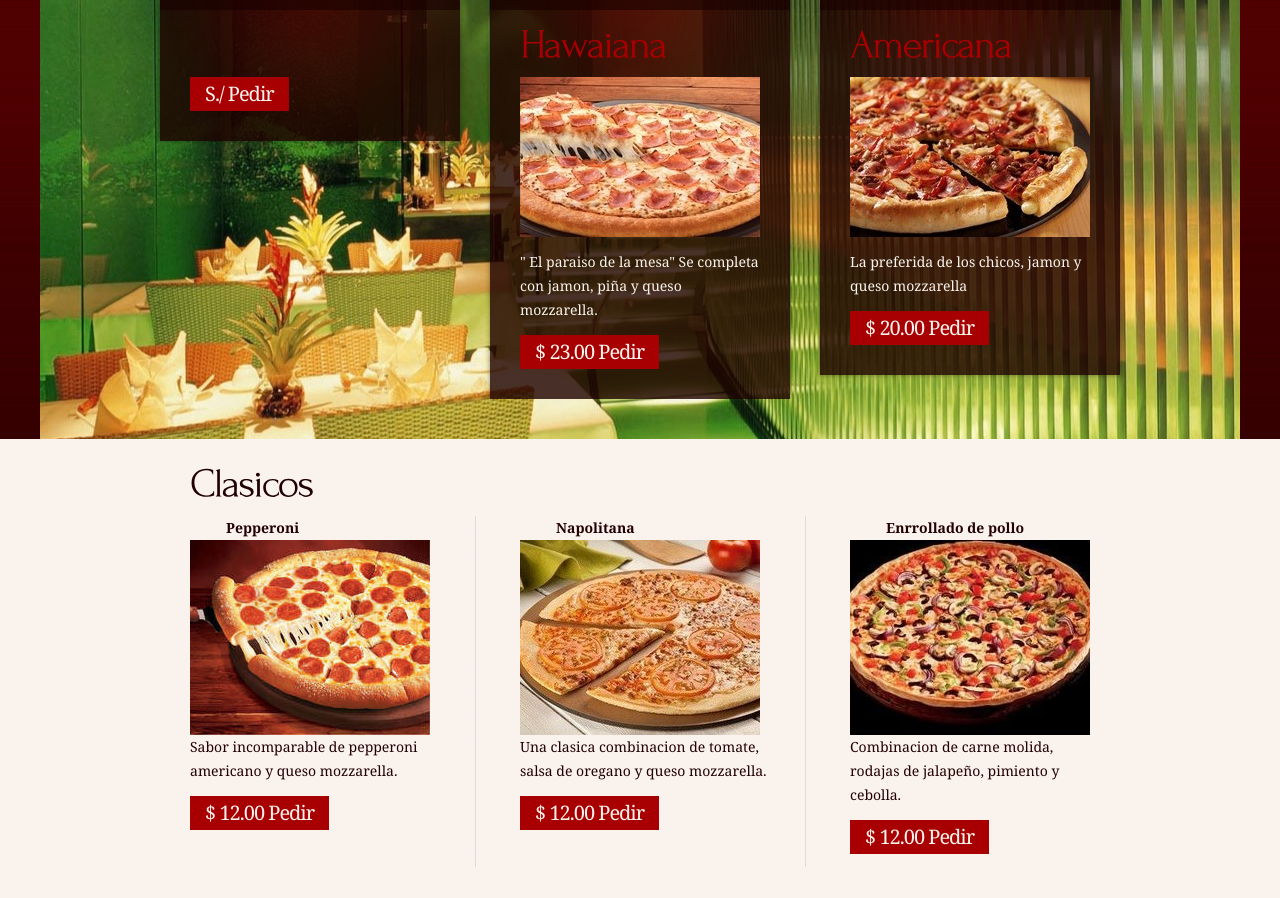
Repository: ProSoft-PDSI/sdsddo
Page: http://localhost/sdsr/Pizza
The author's editor kept a copy of each file at every save. The page is drawn from the files as they stood at one save, then again after the next save.
The browser window is 1280 px wide. The pictures show the whole page.
The page is served by Tomcat 9. Other server files are loaded and not shown. Queries for data that is not in the repository find no rows.

Above is the page before, as saved 2014-07-20 04:15:23.
Console error: TypeError: Cannot read properties of undefined (reading 'appendTo')

### Web/sdsr/WebContent/Clasica.jsp
<%@ page language="java" contentType="text/html; charset=ISO-8859-1"
    pageEncoding="ISO-8859-1"%>
<%@ taglib prefix="c" uri="http://java.sun.com/jsp/jstl/core" %>
<!DOCTYPE html>
<html>
<head>
<meta charset = "utf-8">
<title></title>
<%@ include file="Carga.jsp" %>
</head>
<body id="page3">
<div class="body6">
	<div class="body1">
		<div class="main">
<!-- content -->
			<article id="content">
				<div class="wrap">
					<section class="cols">
						<div class="box">
							<div>
								<h2 class="letter_spacing"><c:out value="${i.nombre}"></c:out></h2>
								<figure><img src="${i.imagen}" alt="" ></figure>
								<p class="pad_bot1">${i.descripcion}</p>
								<a href="#" class="button1">S./ ${i.precio} Pedir</a>
							</div>
						</div>
					</section>
					<section class="cols pad_left1">
						<div class="box">
							<div>
								<h2> Hawaiana </h2>
								<figure><img src="images/clas_2.jpg" alt="" ></figure>
								<p class="pad_bot1">" El paraiso de la mesa" Se completa con jamon, piña y queso mozzarella.</p>
								<a href="#" class="button1">$ 23.00 Pedir</a>
							</div>
						</div>
					</section>
					<section class="cols pad_left1">
						<div class="box">
							<div>
								<h2> Americana</h2>
								<figure><img src="images/clas_3.jpg" alt="" ></figure>
								<p class="pad_bot1"> La preferida de los chicos, jamon y queso mozzarella</p>
								<a href="#" class="button1">$ 20.00 Pedir</a>
							</div>
						</div>
					</section>
				</div>
			</article>
		</div>
	</div>
</div>
<div class="body2">
	<div class="main">
		<article id="content2">
			<div class="wrapper">
				<section class="pad_left1">
					<h2>Clasicos</h2>
					<div class="line1">
						<div class="wrapper line2">
							<div class="cols">
								<div class="wrapper pad_bot1">
								<h1> Pepperoni </h1>
									<figure ><img src="images/clas_4.jpg" alt=""></figure>
									<p class="pad_bot1"> Sabor incomparable de pepperoni<br> americano y queso mozzarella.</p>
									 <a href="#" class="button1">$ 12.00 Pedir</a>
								</div>
							</div>
							<div class="cols pad_left1">
								<div class="wrapper pad_bot1">
								<h1> Napolitana </h1>
									<figure ><img src="images/clas_5.jpg" alt=""></figure>
									<p class="pad_bot1">Una clasica combinacion de tomate,<br> salsa de oregano y queso mozzarella.</p>
									<a href="#" class="button1">$ 12.00 Pedir</a>
								</div>
							</div>
							<div class="col2 pad_left1">
								<div class="wrapper pad_bot1">
								<h1>Enrrollado de pollo</h1>
									<figure ><img src="images/clas_6.jpg" alt=""></figure>
									<p class="pad_bot1">Combinacion de carne molida,<br> rodajas de jalapeño, pimiento y cebolla.</p>
									<a href="#" class="button1">$ 12.00 Pedir</a>
								</div>
							</div>
						</div>
					</div>
				</section>
			</div>
		</article>
<!-- / content -->
	</div>
</div>

<script type="text/javascript"> Cufon.now(); </script>
</body>
</html>

### Web/sdsr/WebContent/Carga.jsp
<link rel="stylesheet" href="css/reset.css" type="text/css" media="all">
<link rel="stylesheet" href="css/layout.css" type="text/css" media="all">
<link rel="stylesheet" href="css/style.css" type="text/css" media="all">
<link rel="stylesheet" href="css/estilos.css" type="text/css" media="all">
<script type="text/javascript" src="js/jquery-1.6.js" ></script>
<script type="text/javascript" src="js/cufon-yui.js"></script>
<script type="text/javascript" src="js/cufon-replace.js"></script>
<script type="text/javascript" src="js/Forum_400.font.js"></script>
<script type="text/javascript" src="js/jquery.easing.1.3.js"></script>
<script type="text/javascript" src="js/tms-0.3.js"></script>
<script type="text/javascript" src="js/tms_presets.js"></script>
<script type="text/javascript" src="js/script.js"></script>
<script type="text/javascript" src="js/atooltip.jquery.js"></script>

### Web/sdsr/src/controller/PedidosController.java
package controller;

import java.io.IOException;
import java.util.List;
import java.util.Vector;

import javax.servlet.RequestDispatcher;
import javax.servlet.ServletException;
import javax.servlet.annotation.WebServlet;
import javax.servlet.http.HttpServlet;
import javax.servlet.http.HttpServletRequest;
import javax.servlet.http.HttpServletResponse;
import javax.servlet.http.HttpSession;

import entity.Cliente;
import entity.DetallePedido;
import entity.Pedido;
import entity.Usuario;
import model.ControlModel;
import model.PedidosModel;
import model.ProductoModel;

@WebServlet({"/InsertarPedido","/EliminarPedido","/ModificarPedido","/ListaPedidos","/Entrada","/Pizza","/Especiales","/InsertaLista"})
public class PedidosController extends HttpServlet {
	private static final long serialVersionUID = 1L;
	List<DetallePedido> listapedido = new Vector<DetallePedido>();

    public PedidosController() {
        super();
    }

    protected void doPost(HttpServletRequest request, HttpServletResponse response) throws ServletException, IOException {
		String alias = request.getServletPath();
		if(alias.equals("/Entrada")){
			EntradaPost(request,response);
		}else if(alias.equals("/Pizza")){
			PizzaPost(request,response);
		}else if(alias.equals("/Especiales")){
			EspecialesPost(request,response);
		}else if(alias.equals("/InsertarPedido")){
			InsertarPedido(request,response);
		}
    }


	private void EspecialesPost(HttpServletRequest request,
			HttpServletResponse response) throws ServletException, IOException {
		try {
			ProductoModel model = new ProductoModel();
			request.setAttribute("listaespecial", model.getEspeciales());

			HttpSession session = request.getSession(true);
			String codProducto = (String) request.getParameter("codigo");
			int cantidad = Integer.parseInt((String)request.getParameter("cant"));
			DetallePedido bean = new DetallePedido();
			ControlModel model1 = new ControlModel();
			bean.setNropedido(model1.getValor("pedido"));
			bean.setCodproducto(codProducto);
			bean.setCant(cantidad);
			listapedido.add(bean);
			session.setAttribute("lista", listapedido);
		} catch (Exception e) {
			System.out.println(e.getMessage());
		}
		RequestDispatcher rd;
		rd = request.getRequestDispatcher("Pedido.jsp");
		rd.forward(request, response);

	}

	private void PizzaPost(HttpServletRequest request,
			HttpServletResponse response) throws ServletException, IOException {
		try {
			ProductoModel model = new ProductoModel();
			request.setAttribute("listapizza", model.getPizza());
			request.setAttribute("listapizzaclasico", model.getPizzaClasico());

			HttpSession session = request.getSession(true);
			String codProducto = (String) request.getParameter("codigo");
			int cantidad = Integer.parseInt((String)request.getParameter("cant"));
			DetallePedido bean = new DetallePedido();
			ControlModel model1 = new ControlModel();
			bean.setNropedido(model1.getValor("pedido"));
			bean.setCodproducto(codProducto);
			bean.setCant(cantidad);
			listapedido.add(bean);
			session.setAttribute("lista", listapedido);
		} catch (Exception e) {
			System.out.println(e.getMessage());
		}

		RequestDispatcher rd;
		rd = request.getRequestDispatcher("Pedido.jsp");
		rd.forward(request, response);
	}

	private void EntradaPost(HttpServletRequest request,
			HttpServletResponse response) throws ServletException, IOException {
		try {
		ProductoModel model = new ProductoModel();
		request.setAttribute("listaentrada", model.getEntrada());
		request.setAttribute("listaentradaclasico", model.getEntradaClasico());

		HttpSession session = request.getSession(true);
		String codProducto = (String) request.getParameter("codigo");
		int cantidad = Integer.parseInt((String)request.getParameter("cant"));
		DetallePedido bean = new DetallePedido();
		ControlModel model1 = new ControlModel();
		bean.setNropedido(model1.getValor("pedido"));
		bean.setCodproducto(codProducto);
		bean.setCant(cantidad);
		listapedido.add(bean);
		session.setAttribute("lista", listapedido);
		} catch (Exception e) {
			System.out.println(e.getMessage());
		}
		RequestDispatcher rd;
		rd = request.getRequestDispatcher("Pedido.jsp");
		rd.forward(request, response);

	}

	protected void doGet(HttpServletRequest request, HttpServletResponse response) throws ServletException, IOException {
		String alias = request.getServletPath();
		if(alias.equals("/ListaPedidos")){
				ListaPedidos(request,response);
		}else if(alias.equals("/Entrada")){
			Entrada(request,response);
		}else if(alias.equals("/Pizza")){
			Pizza(request,response);
		}else if(alias.equals("/Especiales")){
			Especiales(request,response);
		}
	}

	private void Especiales(HttpServletRequest request,
			HttpServletResponse response) throws ServletException, IOException {
		ProductoModel model = new ProductoModel();
		request.setAttribute("listaespecial", model.getEspeciales());
		RequestDispatcher rd;
		rd = request.getRequestDispatcher("Especiales.jsp");
		rd.forward(request, response);

	}


	private void Pizza(HttpServletRequest request, HttpServletResponse response) throws ServletException, IOException {
		try{
		ProductoModel model = new ProductoModel();
		request.setAttribute("listapizza", model.getPizza());
		request.setAttribute("listapizzaclasico", model.getPizzaClasico());
		} catch (Exception e) {
			System.out.println(e.getMessage());
		}
		RequestDispatcher rd;
		rd = request.getRequestDispatcher("Clasica.jsp");
		rd.forward(request, response);

	}

	private void Entrada(HttpServletRequest request, HttpServletResponse response) throws ServletException, IOException {
		try{
		ProductoModel model = new ProductoModel();
		request.setAttribute("listaentrada", model.getEntrada());
		request.setAttribute("listaentradaclasico", model.getEntradaClasico());
		} catch (Exception e) {
			System.out.println(e.getMessage());
		}
		RequestDispatcher rd;
		rd = request.getRequestDispatcher("Entrada.jsp");
		rd.forward(request, response);

	}

	private void ListaPedidos(HttpServletRequest request,
			HttpServletResponse response) throws ServletException, IOException {
			HttpSession session = request.getSession(true);
			session.getAttribute("lista");
			RequestDispatcher rd = request.getRequestDispatcher("Pedido.jsp");
			rd.forward(request, response);

	}

	private void InsertarPedido(HttpServletRequest request,
			HttpServletResponse response) throws ServletException, IOException {
			try{
			HttpSession session = request.getSession(true);
				Cliente cli = (Cliente)session.getAttribute("cliente");
				Usuario usu = (Usuario)session.getAttribute("user");
				PedidosModel model = new PedidosModel();
				ControlModel model1 = new ControlModel();
				String codigo = model1.getValor("pedido");
				model.InsertarPedidos(cli.getDni(),usu.getUsuario());
				model.InsertaProductosDetallePedido(listapedido, usu.getUsuario());
				Pedido pedido = model.getPedido(codigo);
				session.setAttribute("nropedido",codigo);
				session.setAttribute("totalpedido", pedido.getTotalpedido());
				System.out.println(pedido.getTotalpedido());
				request.setAttribute("mensaje", "insercion Exitosa");
				session.removeAttribute("listapedido");
			} catch (Exception e) {
				System.out.println(e.getMessage());
			}
			RequestDispatcher rd = request.getRequestDispatcher("Pagos.jsp");
			rd.forward(request, response);
	}

}

### Web/sdsr/src/model/ProductoModel.java
package model;

import java.util.List;

import dao.impl.ProductoDaoImpl;
import dao.spec.ProductoDao;
import entity.Producto;

public class ProductoModel {
	public List<Producto> getEntrada(){
		ProductoDao dao = new ProductoDaoImpl();
		List<Producto> entrada = dao.getEntrada();
		return entrada;
	}

	public List<Producto> getEntradaClasico(){
		ProductoDao dao = new ProductoDaoImpl();
		List<Producto> entrada = dao.getEntradaClasico();
		return entrada;
	}

	public List<Producto> getPizza(){
		ProductoDao dao = new ProductoDaoImpl();
		List<Producto> entrada = dao.getPizza();
		return entrada;
	}

	public List<Producto> getEspeciales(){
		ProductoDao dao = new ProductoDaoImpl();
		List<Producto> entrada = dao.getEspeciales();
		return entrada;
	}

	public List<Producto> getPizzaClasico(){
		ProductoDao dao = new ProductoDaoImpl();
		List<Producto> entrada = dao.getPizzaClasico();
		return entrada;
	}

	public Producto getProducto(String codProducto){
		ProductoDao dao = new ProductoDaoImpl();
		return dao.getProducto(codProducto);

	}
}

### Web/sdsr/src/dao/spec/ProductoDao.java
package dao.spec;

import java.util.List;

import entity.Producto;

public interface ProductoDao {
	List<Producto> getEntrada();
	List<Producto> getEntradaClasico();
	List<Producto> getPizza();
	List<Producto> getPizzaClasico();
	List<Producto> getEspeciales();
	Producto getProducto(String Producto);
	String getNombreProducto(String codproducto);
}

### Web/sdsr/src/dao/util/RowMapper.java
package dao.util;

import java.sql.ResultSet;

public interface RowMapper<T> {
	public abstract T mapRow(ResultSet rs);
}

### Web/sdsr/src/dao/impl/ProductoDaoImpl.java
package dao.impl;

import java.sql.Connection;
import java.sql.PreparedStatement;
import java.sql.ResultSet;
import java.sql.SQLException;
import java.sql.Statement;
import java.util.ArrayList;
import java.util.List;

import dao.spec.ProductoDao;
import dao.util.AccesoDB;
import dao.util.RowMapper;
import entity.Producto;

public class ProductoDaoImpl implements ProductoDao,RowMapper<Producto> {

	@Override
	public List<Producto> getEntrada() {
		List<Producto> menu=new ArrayList<Producto>();
		Connection cn=null;
		try {
			cn = AccesoDB.getConnection();
			String sql="select * from producto where categoria = 'normal' and codproducto like 'EN%' ";
			Statement stm = cn.createStatement();
			ResultSet rs = stm.executeQuery(sql);
			while(rs.next()){
				menu.add(mapRow(rs));
			}
			rs.close();
			stm.close();
		} catch (Exception e) {
			throw new RuntimeException(e.getMessage());
		}finally{
			try {
				cn.close();
			} catch (SQLException e) {
				throw new RuntimeException(e.getMessage());
			}
		}
		return menu;
	}


	public List<Producto> getEntradaClasico() {
		List<Producto> menu=new ArrayList<Producto>();
		Connection cn=null;
		try {
			cn = AccesoDB.getConnection();
			String sql="select * from producto where categoria = 'clasico' and codproducto like 'EN%' ";
			Statement stm = cn.createStatement();
			ResultSet rs = stm.executeQuery(sql);
			while(rs.next()){
				menu.add(mapRow(rs));
			}
			rs.close();
			stm.close();
		} catch (Exception e) {
			throw new RuntimeException(e.getMessage());
		}finally{
			try {
				cn.close();
			} catch (SQLException e) {
				throw new RuntimeException(e.getMessage());
			}
		}
		return menu;
	}


	public Producto mapRow(ResultSet rs) {
		Producto bean = new Producto();
		try {
			bean.setCodProducto(rs.getString("codproducto"));
			bean.setNombre(rs.getString("nombreproducto"));
			bean.setDescripcion(rs.getString("descrproducto"));
			bean.setPrecio(rs.getDouble("preciounitario"));
			bean.setCategoria(rs.getString("categoria"));
			bean.setImagen(rs.getString("imagen"));
			bean.setStock(rs.getInt("stock"));
		} catch (SQLException e) {
			throw new RuntimeException(e.getMessage());
		}
		return bean;

	}

	@Override
	public Producto getProducto(String codproducto) {
		Connection cn=null;
		Producto pro = new Producto();
		try {
			cn = AccesoDB.getConnection();
			String sql="select * from producto where codproducto = ?";
			PreparedStatement pstm = cn.prepareStatement(sql);
			pstm.setString(1, codproducto);
			ResultSet rs = pstm.executeQuery(sql);
			rs.next();
			pro=mapRow(rs);
			rs.close();
			pstm.close();
		} catch (Exception e) {
			throw new RuntimeException(e.getMessage());
		}finally{
			try {
				cn.close();
			} catch (SQLException e) {
				throw new RuntimeException(e.getMessage());
			}
		}
		return pro;
	}

	@Override
	public String getNombreProducto(String codproducto) {
		Connection cn=null;
		String nombre=null;
		try {
			cn = AccesoDB.getConnection();
			String sql="select nombreproducto from producto where codproducto = ?";
			PreparedStatement pstm = cn.prepareStatement(sql);
			pstm.setString(1, codproducto);
			ResultSet rs = pstm.executeQuery(sql);
			while(rs.next()){
				nombre= rs.getString("nombreproducto");
			}

			rs.close();
			pstm.close();
		} catch (Exception e) {
			throw new RuntimeException(e.getMessage());
		}finally{
			try {
				cn.close();
			} catch (SQLException e) {
				throw new RuntimeException(e.getMessage());
			}
		}
		return nombre;
	}


	@Override
	public List<Producto> getPizza() {
		List<Producto> menu=new ArrayList<Producto>();
		Connection cn=null;
		try {
			cn = AccesoDB.getConnection();
			String sql="select replace(nombreproducto,'Personal',''),descrproducto,categoria,imagen,stock from producto where categoria = 'normal'"
					+ "and codproducto like 'PI%'"
					+ "and nombreproducto like '%Personal'";
			Statement stm = cn.createStatement();
			ResultSet rs = stm.executeQuery(sql);
			while(rs.next()){
				Producto bean = new Producto();
				bean.setCodProducto("PI");
				bean.setNombre(rs.getString(1));
				bean.setDescripcion(rs.getString("descrproducto"));
				bean.setPrecio(0);
				bean.setCategoria(rs.getString("categoria"));
				bean.setImagen(rs.getString("imagen"));
				bean.setStock(rs.getInt("stock"));
				menu.add(bean);
			}
			rs.close();
			stm.close();
		} catch (Exception e) {
			throw new RuntimeException(e.getMessage());
		}finally{
			try {
				cn.close();
			} catch (SQLException e) {
				throw new RuntimeException(e.getMessage());
			}
		}
		return menu;
	}


	@Override
	public List<Producto> getPizzaClasico() {
		List<Producto> menu=new ArrayList<Producto>();
		Connection cn=null;
		try {
			cn = AccesoDB.getConnection();
			String sql="select replace(nombreproducto,'Personal',''),descrproducto,categoria,imagen,stock from producto where categoria = 'clasico'"
					+ "and codproducto like 'PI%'"
					+ "and nombreproducto like '%Personal'";
			Statement stm = cn.createStatement();
			ResultSet rs = stm.executeQuery(sql);
			while(rs.next()){
				Producto bean = new Producto();
				bean.setCodProducto("PI");
				bean.setNombre(rs.getString(1));
				bean.setDescripcion(rs.getString("descrproducto"));
				bean.setPrecio(0);
				bean.setCategoria(rs.getString("categoria"));
				bean.setImagen(rs.getString("imagen"));
				bean.setStock(rs.getInt("stock"));
				menu.add(bean);
			}
			rs.close();
			stm.close();
		} catch (Exception e) {
			throw new RuntimeException(e.getMessage());
		}finally{
			try {
				cn.close();
			} catch (SQLException e) {
				throw new RuntimeException(e.getMessage());
			}
		}
		return menu;
	}


	@Override
	public List<Producto> getEspeciales() {
		List<Producto> menu=new ArrayList<Producto>();
		Connection cn=null;
		try {
			cn = AccesoDB.getConnection();
			String sql="select * from producto where codproducto like 'ES%'";
			Statement stm = cn.createStatement();
			ResultSet rs = stm.executeQuery(sql);
			while(rs.next()){
				menu.add(mapRow(rs));
			}
			rs.close();
			stm.close();
		} catch (Exception e) {
			throw new RuntimeException(e.getMessage());
		}finally{
			try {
				cn.close();
			} catch (SQLException e) {
				throw new RuntimeException(e.getMessage());
			}
		}
		return menu;
	}

}

### Web/sdsr/src/dao/util/AccesoDB.java
package dao.util;

import java.sql.Connection;
import java.sql.DriverManager;

public class AccesoDB {
	public static Connection getConnection() throws Exception {
		String driver = "oracle.jdbc.driver.OracleDriver";
		String url = "jdbc:oracle:thin:@localhost:1521/XE";
		String user = "restaurante";
		String pass = "admin";
		Class.forName(driver).newInstance();
		Connection cn=DriverManager.getConnection(url,user,pass);
		return cn;
	}
}

### Web/sdsr/WebContent/css/layout.css
.col1, .col2, .col3, .cols  {float:left}
.cols {width:300px}
.col1 {width:630px}
.col2 {width:240px}
.col3 {width:570px}
/* index.html */
/* index-1.html */
#page2 .box .list1 {margin-top:-7px}
/* index-2.html */
#page3 h2.letter_spacing {word-spacing:-2px}
/* index-3.html */
#page4 .box .list1 {margin-top:-7px}
#page4 h2.pad_bot1 {padding-bottom:5px}
/* index-4.html */
#page5 .box > div {background: url(../images/box_top2.png) top center no-repeat}
#page5 #content2 h2 {padding-bottom:4px}
/* index-5.html */
/* index-6.html */

### Web/sdsr/WebContent/css/estilos.css
#marco{
	background: transparent;
}

.marco{
	height:80em;
	width:101%;
}

Loaded but not shown: Web/sdsr/WebContent/css/reset.css (common file); Web/sdsr/WebContent/js/jquery-1.6.js (library); Web/sdsr/WebContent/js/cufon-yui.js (library); Web/sdsr/WebContent/js/Forum_400.font.js (library); Web/sdsr/WebContent/js/jquery.easing.1.3.js (library); Web/sdsr/WebContent/js/script.js (common file); Web/sdsr/WebContent/js/tms_presets.js (489 lines, source omitted); Web/sdsr/WebContent/js/tms-0.3.js (395 lines, source omitted); Web/sdsr/WebContent/js/atooltip.jquery.js (105 lines, source omitted); Web/sdsr/WebContent/js/cufon-replace.js (1 lines, source omitted); Web/sdsr/WebContent/css/style.css (182 lines, source omitted)

After the next save:
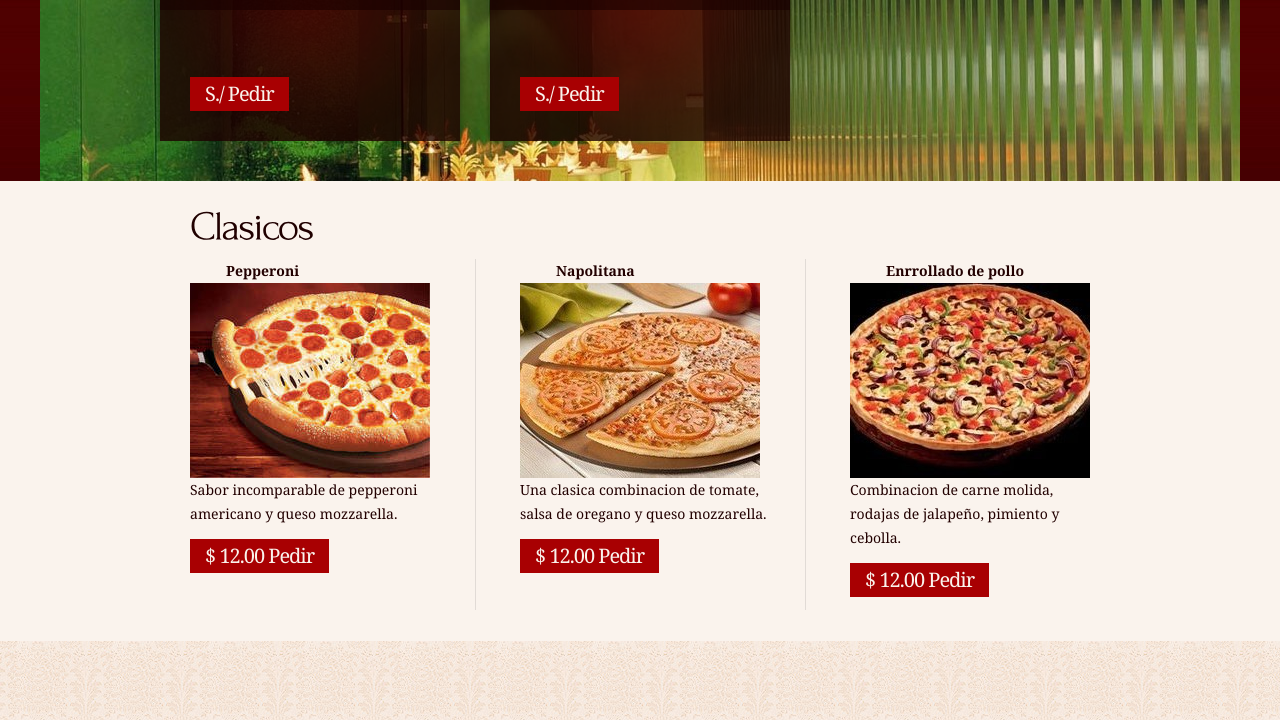
Saved 105 s later.
--- a/Web/sdsr/WebContent/Clasica.jsp
+++ b/Web/sdsr/WebContent/Clasica.jsp
@@ -28,20 +28,10 @@
 					<section class="cols pad_left1">
 						<div class="box">
 							<div>
-								<h2> Hawaiana </h2>
-								<figure><img src="images/clas_2.jpg" alt="" ></figure>
-								<p class="pad_bot1">" El paraiso de la mesa" Se completa con jamon, piña y queso mozzarella.</p>
-								<a href="#" class="button1">$ 23.00 Pedir</a>
-							</div>
-						</div>
-					</section>
-					<section class="cols pad_left1">
-						<div class="box">
-							<div>
-								<h2> Americana</h2>
-								<figure><img src="images/clas_3.jpg" alt="" ></figure>
-								<p class="pad_bot1"> La preferida de los chicos, jamon y queso mozzarella</p>
-								<a href="#" class="button1">$ 20.00 Pedir</a>
+								<h2 class="letter_spacing"><c:out value="${i.nombre}"></c:out></h2>
+								<figure><img src="${i.imagen}" alt="" ></figure>
+								<p class="pad_bot1">${i.descripcion}</p>
+								<a href="#" class="button1">S./ ${i.precio} Pedir</a>
 							</div>
 						</div>
 					</section>
